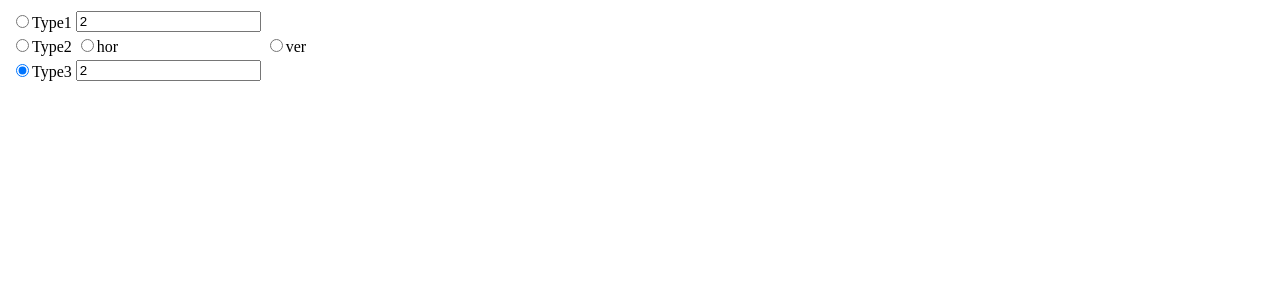
Repository: choikoya/JSP
Page: http://localhost/MissionJSP/gugudanForm.jsp
The author's editor kept a copy of each file at every save. The page is drawn from the files as they stood at one save, then again after the next save.
The browser window is 1280 px wide. The pictures show the whole page.
The page is served by Tomcat 9.

Above is the page before, as saved 2024-06-13 07:52:45.

### MissionJSP/src/main/webapp/gugudanForm.jsp
<%@ page language="java" contentType="text/html; charset=UTF-8"
    pageEncoding="UTF-8"%>

<!DOCTYPE html>
<html>
<head>
<meta charset="UTF-8">
<title>구구단</title>
</head>
<body>
<form action="">
	<table>
		<tr>
			<td><input type ="radio" name="option" value="gugudanType" checked>Type1</td>
			<td><input type = "text" name="dan" value="2"></td>
		</tr>
		<tr>
			<td><input type ="radio" name="option" value="gugudanType" checked>Type2</td>
			<td><input type ="radio" name="option" value="gugudanType" checked>hor</td>
			<td><input type ="radio" name="option" value="gugudanType" checked>ver</td>
		</tr>
		<tr>
			<td><input type ="radio" name="option" value="gugudanType" checked>Type3</td>
			<td><input type = "text" name="yul" value="2"></td>
		</tr>
	</table>

</form>



</body>
</html>

After the next save:
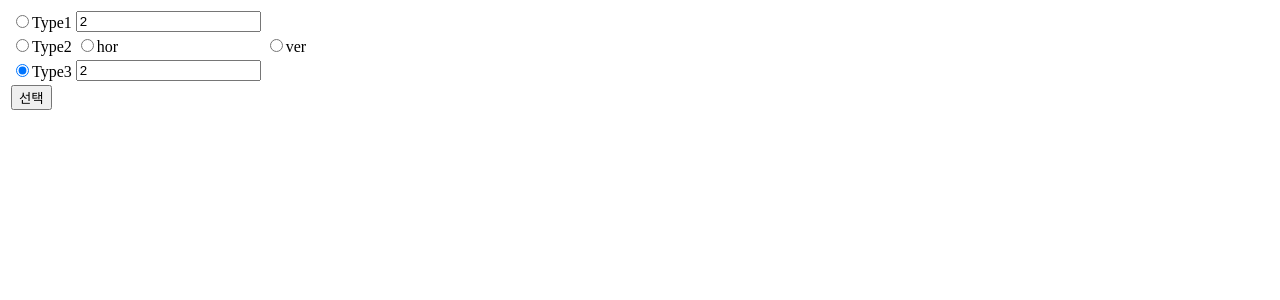
Saved 94 s later.
--- a/MissionJSP/src/main/webapp/gugudanForm.jsp
+++ b/MissionJSP/src/main/webapp/gugudanForm.jsp
@@ -23,6 +23,9 @@
 			<td><input type ="radio" name="option" value="gugudanType" checked>Type3</td>
 			<td><input type = "text" name="yul" value="2"></td>
 		</tr>
+		<tr><td>
+			<button type="submit" >선택</button>
+		</td></tr>
 	</table>
 
 </form>
